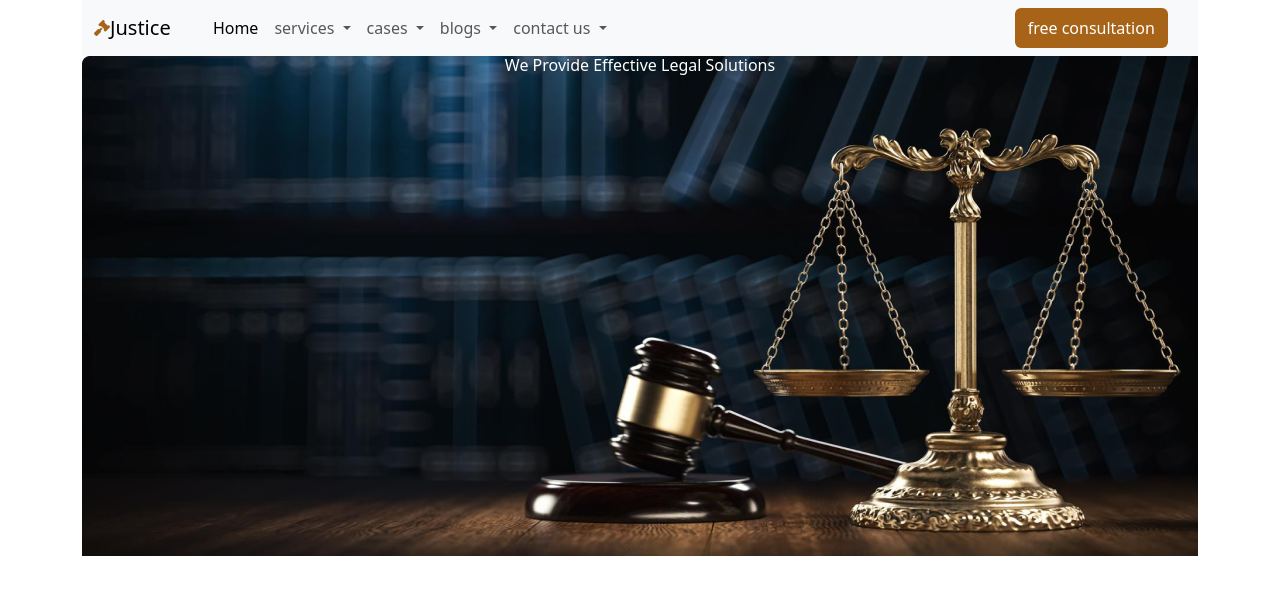
Repository: sadiaafsana138/justice
Page: index.html
These files come from the project's save history. The page is drawn as it stood at one moment and after the next save; the edit follows.
The browser window is 1280 px wide. The pictures show the whole page.
Some web libraries are served in a nearby version.

Above is the page before, as saved 2023-01-25 17:09:30.

After the next save:
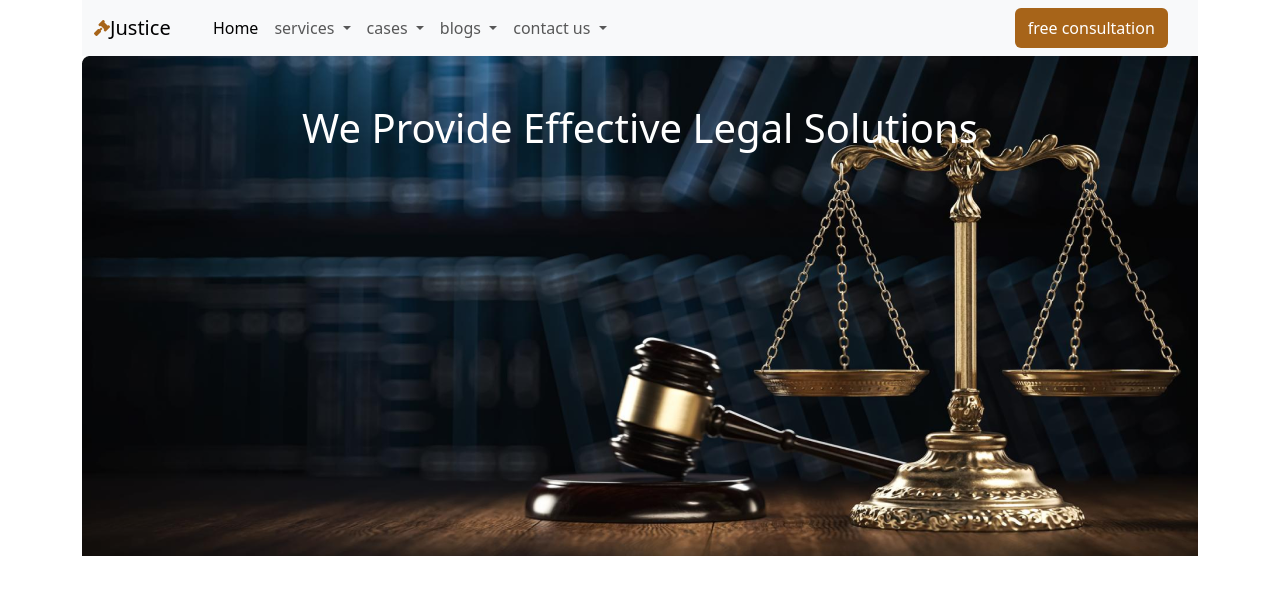
Saved 41 s later.
--- a/index.html
+++ b/index.html
@@ -81,7 +81,7 @@
         <section class="banner-bg">
 
             <div class="d-flex justify-content-center ">
-                <h6 class="text-primary-color1 align-items-center ">We Provide Effective Legal Solutions</h6>
+                <h1 class="text-primary-color1 mt-5 ">We Provide Effective Legal Solutions</h1>
             </div>
         </section>
 
